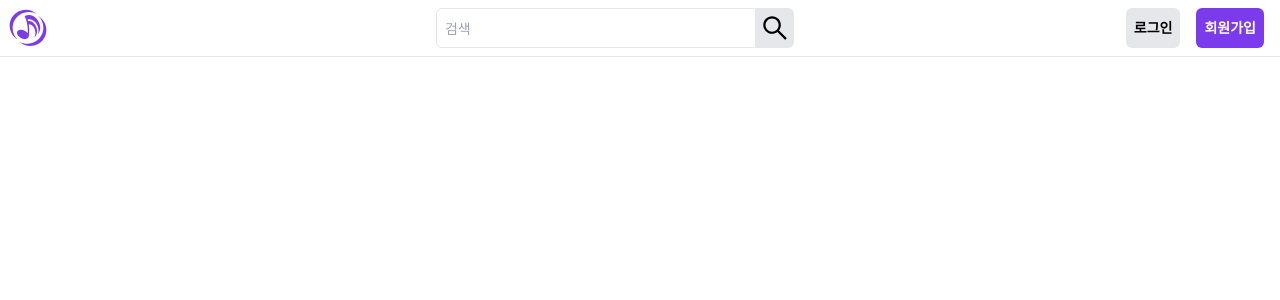
Repository: momo0170/streaming
Page: /
An editor plug-in stored every save of this project. The page is shown before and after the next save, followed by the edit.
The browser window is 1280 px wide. The pictures show the whole page.
The project was rebuilt for these pictures with package versions that can differ from the ones it lists, and the page was loaded fresh each time. Also part of the build but not shown: src/App.css.

Above is the page before, as saved 2023-09-18 17:52:54.

After the next save:
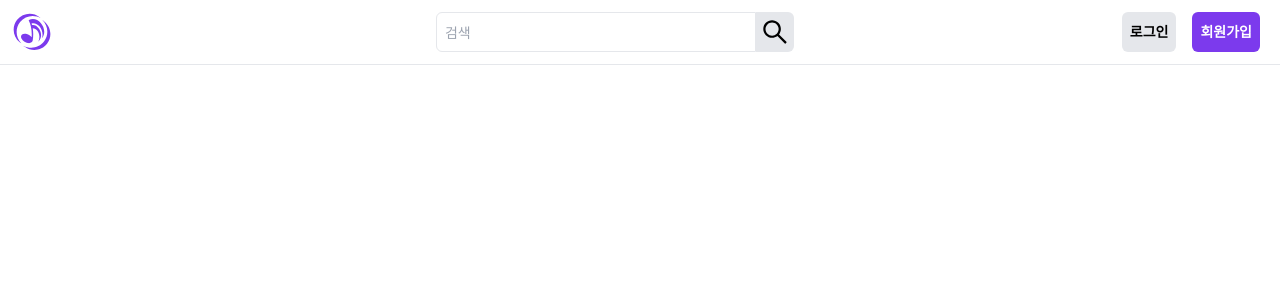
Saved 19 s later.
--- a/src/components/Header.jsx
+++ b/src/components/Header.jsx
@@ -5,7 +5,7 @@ import { Link } from 'react-router-dom';
 
 export default function Header() {
   return (
-    <header className="flex justify-between p-2 border-b">
+    <header className="flex justify-between p-3 border-b">
       <Link to="/">
         <GiMusicSpell size="40" color="#7c3aed" />
       </Link>
